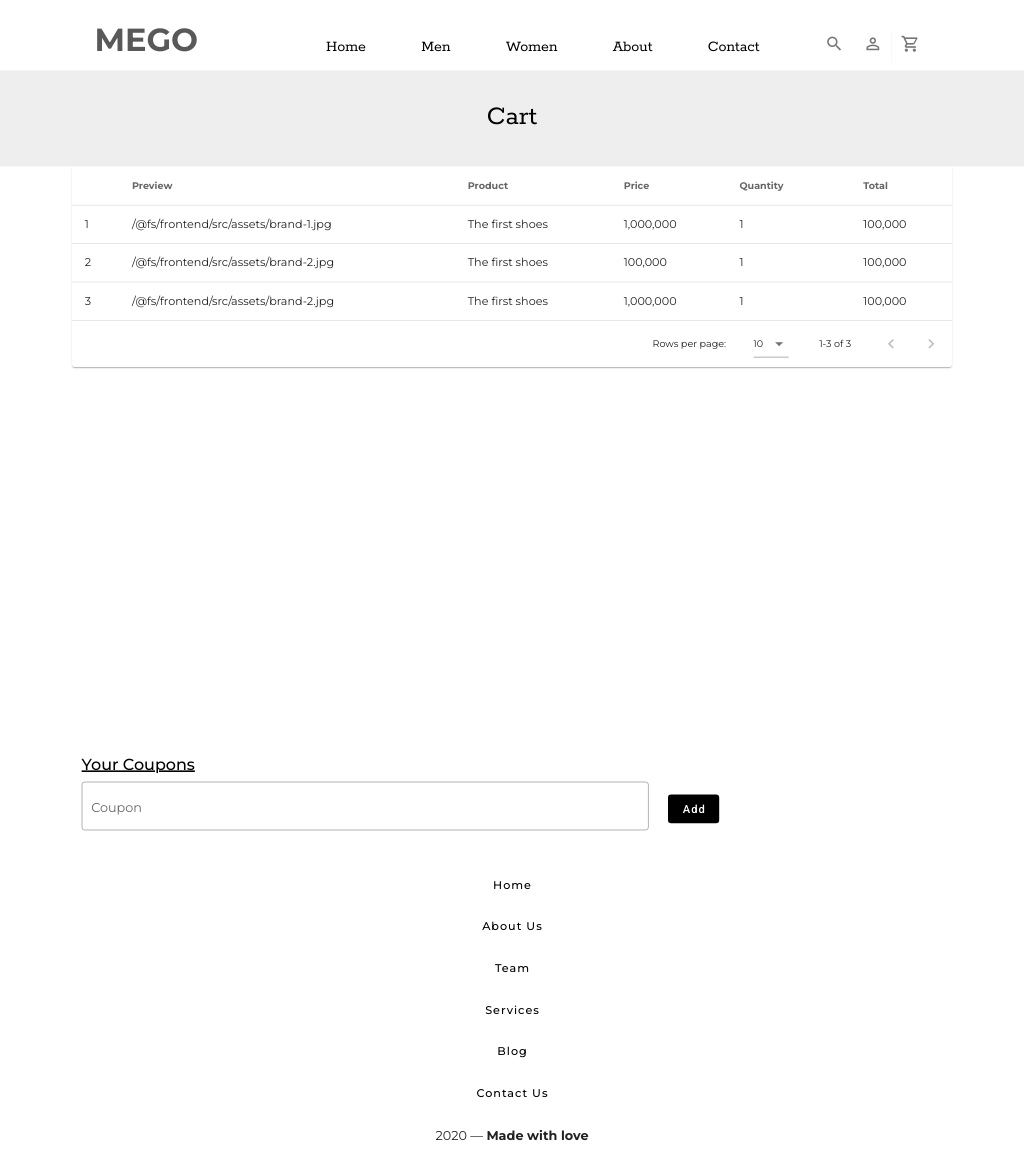
Repository: nguyenphuong152/shoesstore
Page: /cart (app in frontend/)
These files come from the project's save history. The page is drawn as it stood at one moment and after the next save; the edit follows.
The browser window is 1280 px wide. The pictures show the whole page, at 80% of full size.
The project was rebuilt for these pictures with package versions that can differ from the ones it lists, and the page was loaded fresh each time. Also part of the build but not shown: frontend/vue.config.js, frontend/src/components/Customer/Collection.vue, frontend/src/components/Customer/Banner.vue, frontend/src/components/Customer/BestSeller.vue, frontend/src/components/Customer/Partner.vue, frontend/src/views/Customer/Home.vue, frontend/src/components/Customer/ProductCategory.vue, frontend/src/components/Customer/ProductView.vue and 10 more. Imported but missing from the stored project, and not drawn on this page: frontend/src/views/Admin/Category.vue, frontend/src/views/Admin/ManageProduct.vue, frontend/src/views/Admin/ManageUser.vue, frontend/src/views/Admin/OrderList.vue.

Above is the page before, as saved 2020-11-28 10:13:11.

After the next save:
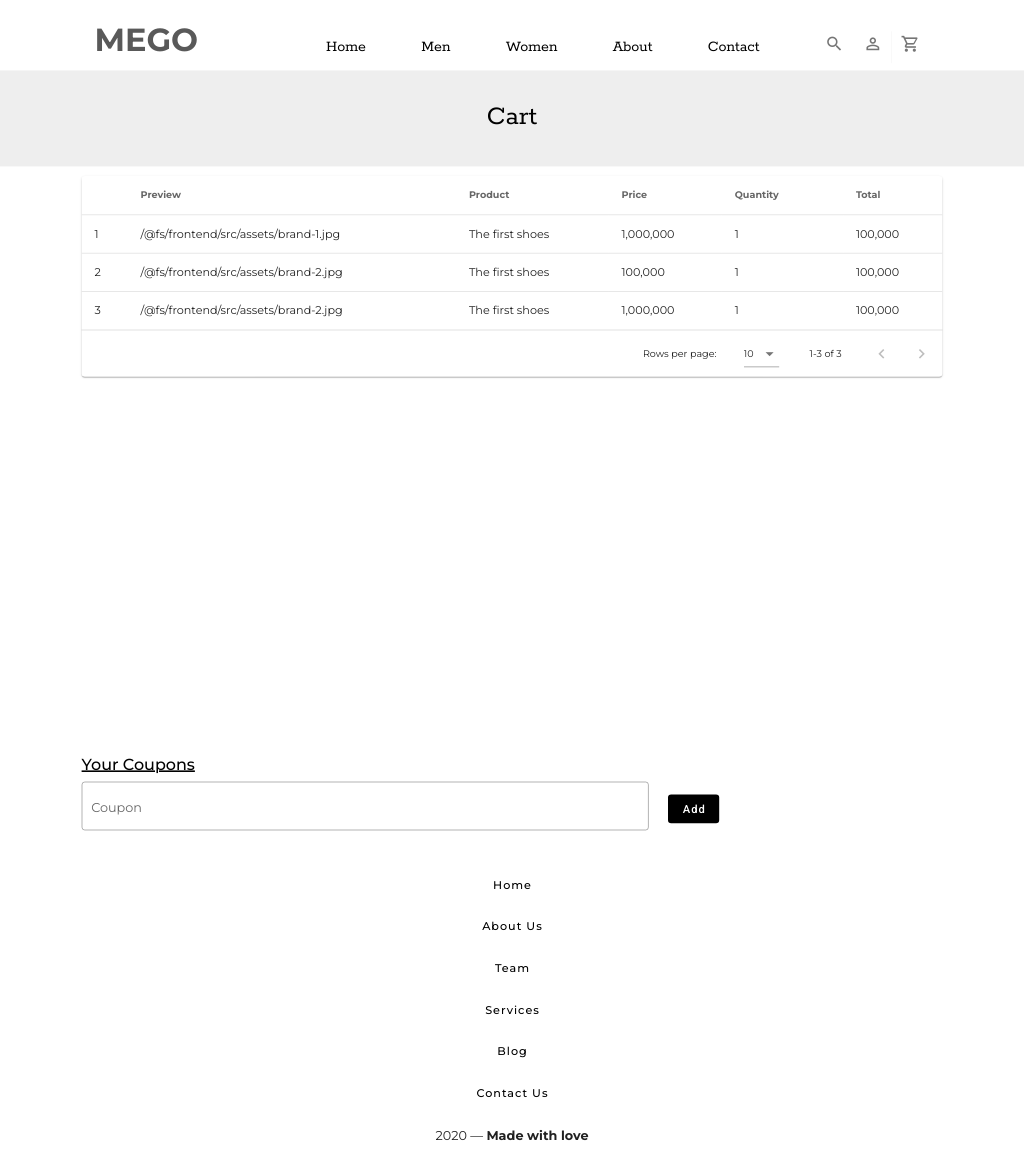
Saved 33 s later.
--- a/frontend/src/views/Customer/Cart.vue
+++ b/frontend/src/views/Customer/Cart.vue
@@ -6,13 +6,10 @@
       </v-container>
     </v-sheet>
     <div>
-      <v-container pa-0>
+      <v-container>
         <totalProducts />
+        <addCoupons/>
       </v-container>
-      <v-container>
-        <addCoupons />
-      </v-container>
-
     </div>
   </div>
 </template>
